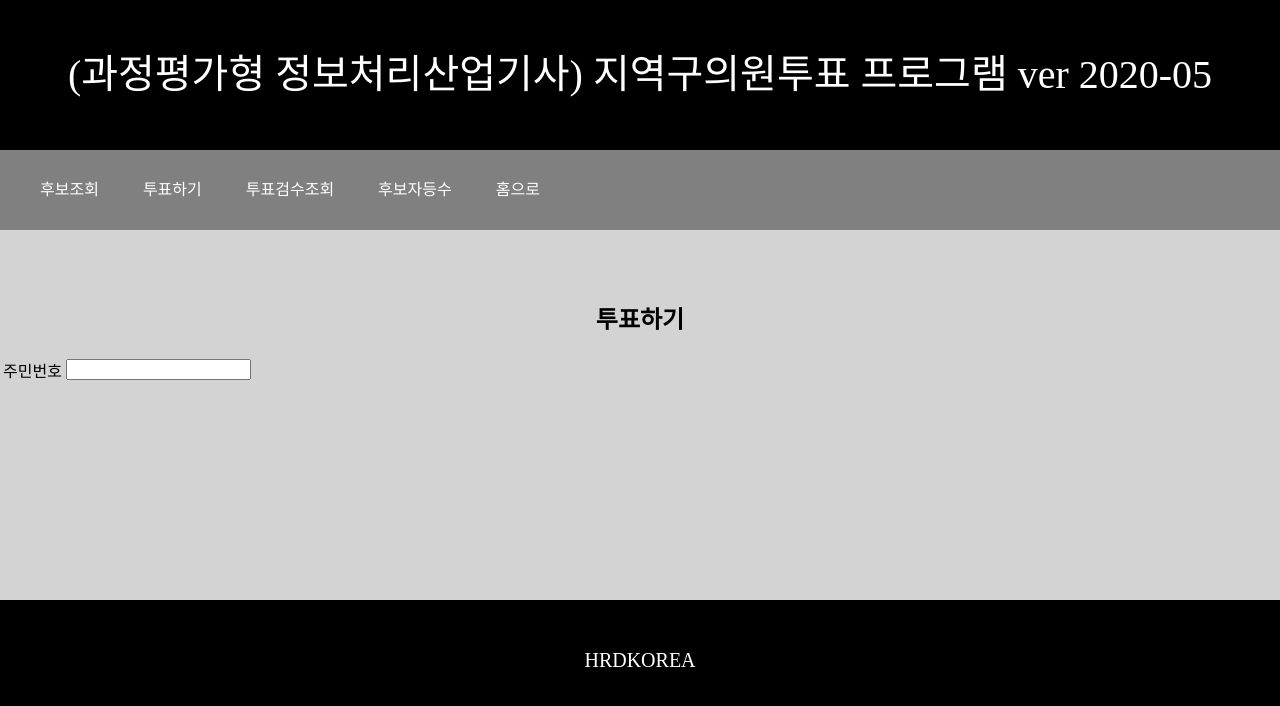
Repository: junhee97/-
Page: http://localhost/HRD_03/vote.jsp
The author's editor kept a copy of each file at every save. The page is drawn from the files as they stood at one save, then again after the next save.
The browser window is 1280 px wide. The pictures show the whole page.
The page is served by Tomcat 9.

Above is the page before, as saved 2025-08-14 12:36:56.

### HRD_03/WebContent/vote.jsp
<%@ page language="java" contentType="text/html; charset=UTF-8"
    pageEncoding="UTF-8"%>
<!DOCTYPE html PUBLIC "-//W3C//DTD HTML 4.01 Transitional//EN" "http://www.w3.org/TR/html4/loose.dtd">
<html>
<head>
<meta http-equiv="Content-Type" content="text/html; charset=UTF-8">
<title>Insert title here</title>
</head>
<body>

<jsp:include page="header.jsp"></jsp:include>

<section style="position: fixed; top: 230px; left: 0px; width: 100%; height: 100%; background-color: lightgray;">
<h2 style="text-align: center; padding-top: 50px;">투표하기</h2>

<form>
	<table>
		<tr>
			<td>주민번호</td>
			<td><input type = "text"></td>
		</tr>
	</table>
</form>

</section>

<jsp:include page="footer.jsp"></jsp:include>


</body>
</html>

### HRD_03/WebContent/header.jsp
<%@ page language="java" contentType="text/html; charset=UTF-8"
    pageEncoding="UTF-8"%>
<!DOCTYPE html PUBLIC "-//W3C//DTD HTML 4.01 Transitional//EN" "http://www.w3.org/TR/html4/loose.dtd">
<html>
<head>
<meta http-equiv="Content-Type" content="text/html; charset=UTF-8">
<title>Insert title here</title>

<style>
	a{
		text-decoration: none;
		color: white;
	}
</style>

</head>
<body>

	<header style="position:fixed; top:0px; left:0px; width:100%; height: 150px; line-height: 150px; background-color: black; color: white; text-align: center; font-size: 40px;">
		(과정평가형 정보처리산업기사) 지역구의원투표 프로그램 ver 2020-05
	</header>

	<nav style="position: fixed; top: 150px; left: 0px; width: 100%; height: 80px; line-height: 80px; background-color: gray; padding-left: 40px;">
		<a href="m_list.jsp">후보조회</a> &nbsp; &nbsp; &nbsp; &nbsp; &nbsp;
		<a href="vote.jsp">투표하기</a> &nbsp; &nbsp; &nbsp; &nbsp; &nbsp;
		<a href="v_list.jsp">투표검수조회</a> &nbsp; &nbsp; &nbsp; &nbsp; &nbsp;
		<a href="rank.jsp">후보자등수</a> &nbsp; &nbsp; &nbsp; &nbsp; &nbsp;
		<a href="index.jsp">홈으로</a>
	</nav>

</body>
</html>

### HRD_03/WebContent/footer.jsp
<%@ page language="java" contentType="text/html; charset=UTF-8"
    pageEncoding="UTF-8"%>
<!DOCTYPE html PUBLIC "-//W3C//DTD HTML 4.01 Transitional//EN" "http://www.w3.org/TR/html4/loose.dtd">
<html>
<head>
<meta http-equiv="Content-Type" content="text/html; charset=UTF-8">
<title>Insert title here</title>
</head>
<body>

	<footer style="position: fixed; bottom: 0px; left: 0px; width: 100%; height: 120px; line-height: 120px; text-align: center; background-color: black; color: white; font-size: 20px;">
		HRDKOREA
	</footer>

</body>
</html>

After the next save:
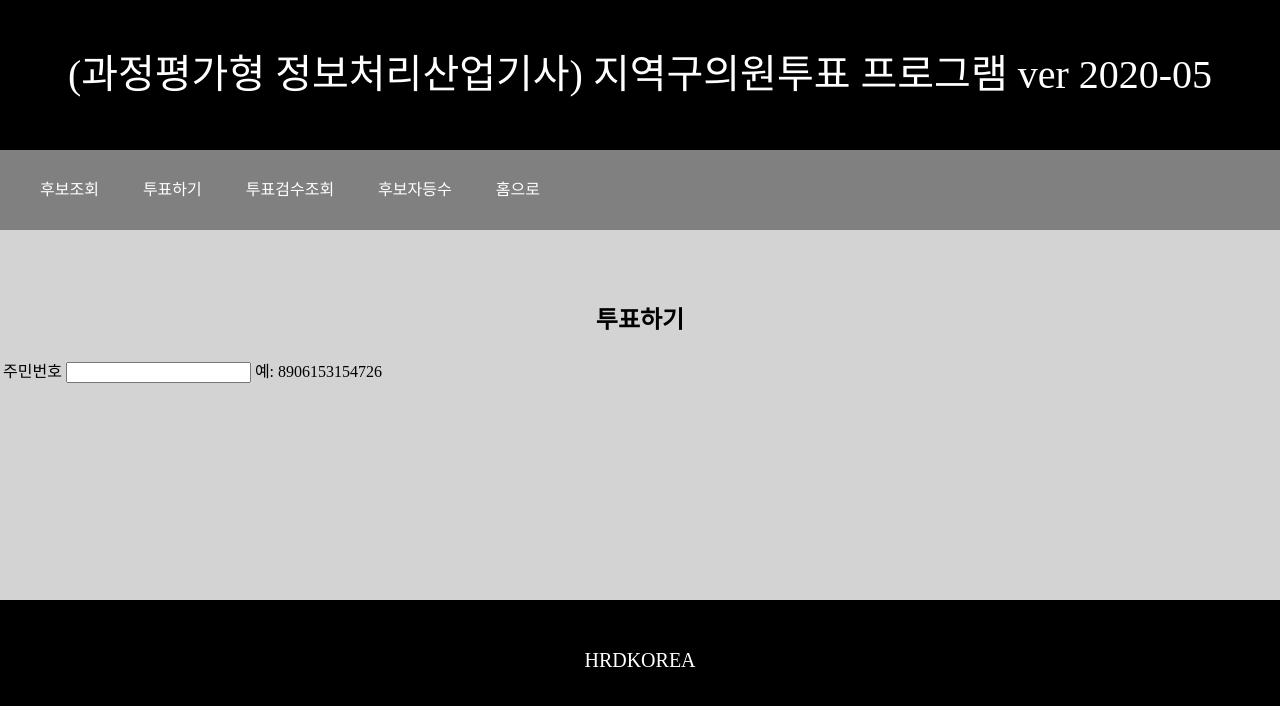
Saved 20 s later.
--- a/HRD_03/WebContent/vote.jsp
+++ b/HRD_03/WebContent/vote.jsp
@@ -17,7 +17,7 @@
 	<table>
 		<tr>
 			<td>주민번호</td>
-			<td><input type = "text"></td>
+			<td><input type = "text"> 예: 8906153154726</td>
 		</tr>
 	</table>
 </form>
